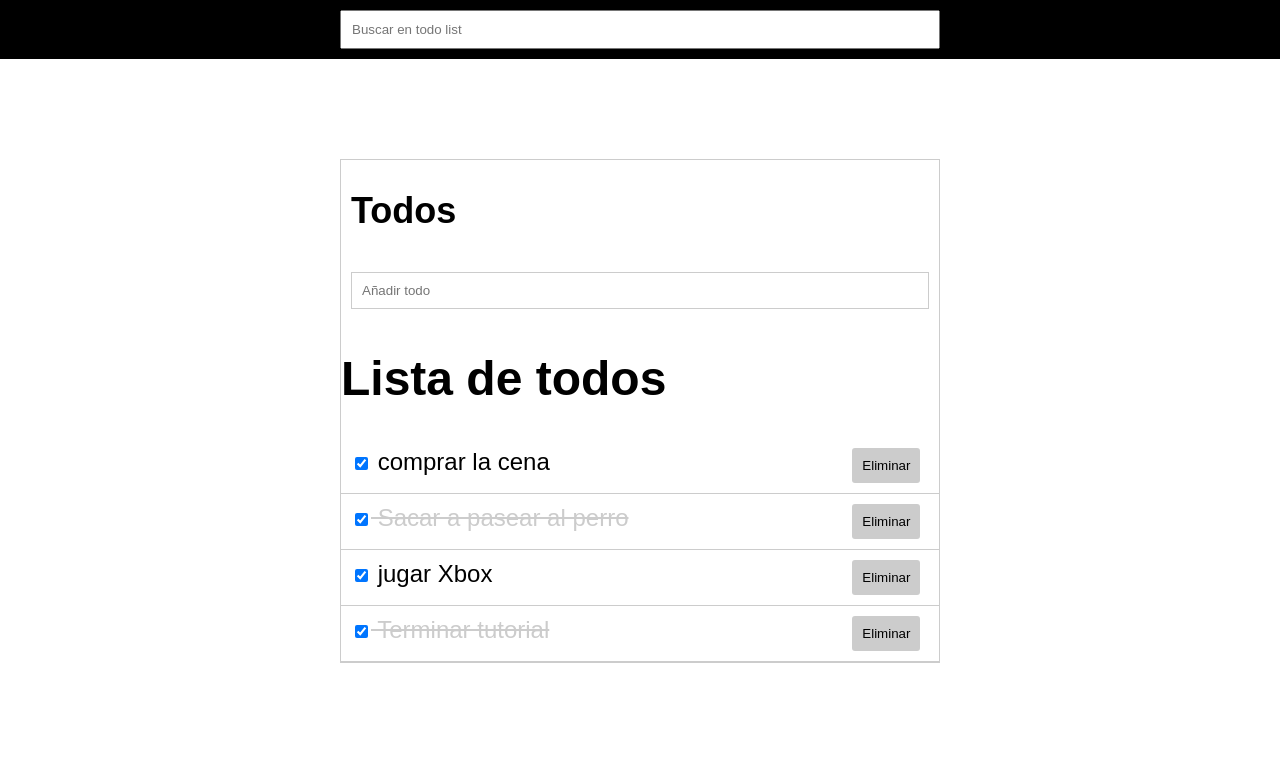
Repository: MauriVaz/Primer-app-con-Vue
Page: /
An editor plug-in stored every save of this project. The page is shown before and after the next save, followed by the edit.
The browser window is 1280 px wide. The pictures show the whole page.
The project was rebuilt for these pictures with package versions that can differ from the ones it lists, and the page was loaded fresh each time. Also part of the build but not shown: vue.config.js.

Above is the page before, as saved 2022-12-28 21:57:43.

After the next save:
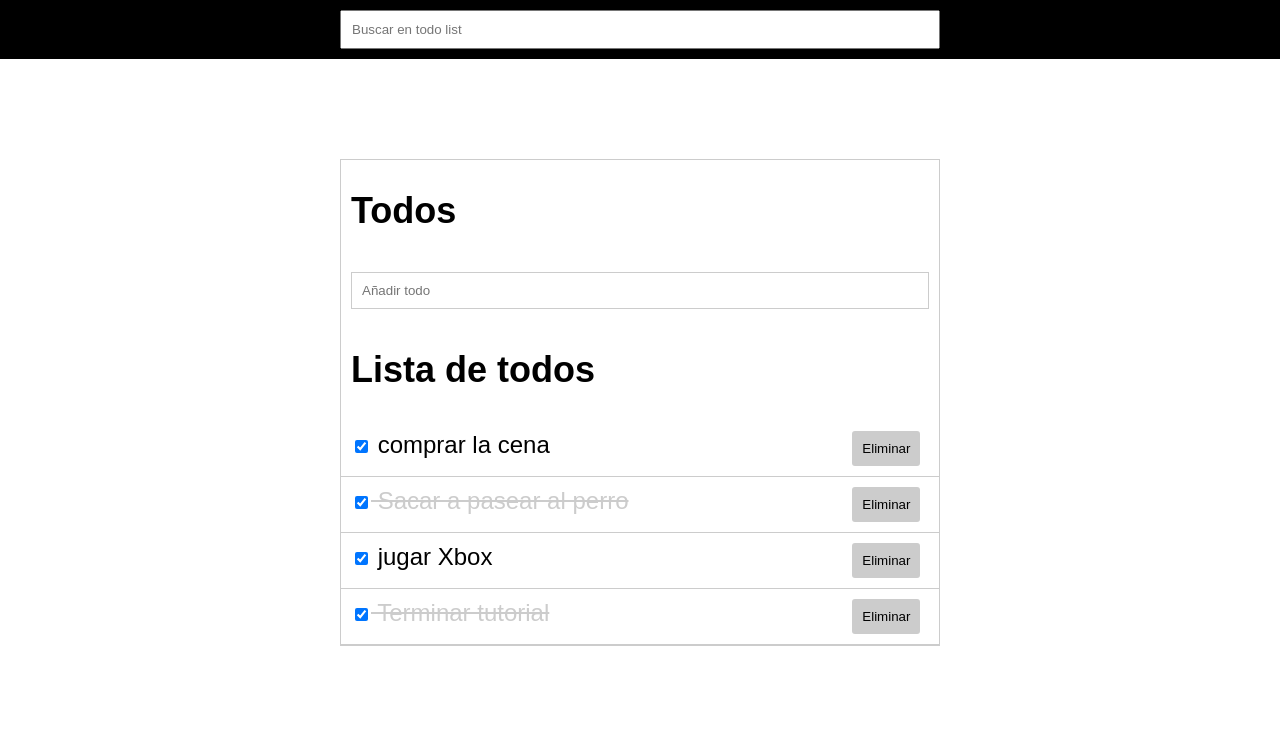
Saved 10 s later.
--- a/src/components/Todos.vue
+++ b/src/components/Todos.vue
@@ -1,6 +1,6 @@
 <template>
     <div>
-        <h1>Lista de todos</h1>
+        <h2>Lista de todos</h2>
         <div v-bind:key="todo.id" v-for="todo in todoslist">
             <TodoItem v-bind:todo="todo" v-on:delete-todo="$emit('delete-todo', todo.id)" />
         </div>
